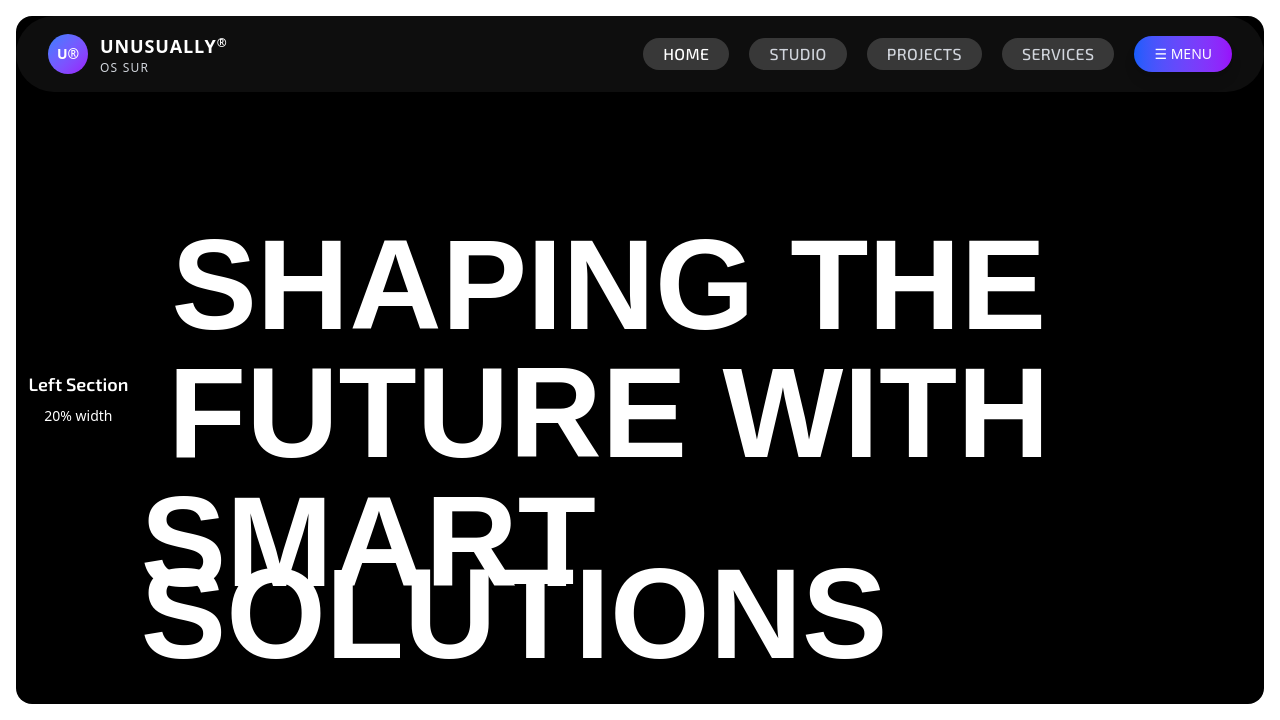
Repository: A-y-u-s-h-29/Digital-Express-India-With-Carrer-Page-And-RazorPay
Page: / (app in op/)
These files come from the project's save history. The page is drawn as it stood at one moment and after the next save; the edit follows.
The browser window is 1280 px wide. The pictures show the whole page.
Some web fonts or font styles are not loaded; a fallback is used. The project was rebuilt for these pictures with package versions that can differ from the ones it lists, and the page was loaded fresh each time. Also part of the build but not shown: op/vite.config.js.

Above is the page before, as saved 2025-12-04 14:59:08.

### op/index.html
<!doctype html>
<html lang="en">
  <head>
    <meta charset="UTF-8" />
    <link rel="icon" type="image/svg+xml" href="/vite.svg" />
    <meta name="viewport" content="width=device-width, initial-scale=1.0" />
    <link rel="preconnect" href="https://fonts.googleapis.com">
<link rel="preconnect" href="https://fonts.gstatic.com" crossorigin>
<link href="https://fonts.googleapis.com/css2?family=Alan+Sans:wght@300..900&family=Big+Shoulders:opsz,wght@10..72,100..900&family=Exo+2:ital,wght@0,100..900;1,100..900&family=Montserrat:ital,wght@0,100..900;1,100..900&family=Orbitron:wght@400..900&family=Poppins:ital,wght@0,100;0,200;0,300;0,400;0,500;0,600;0,700;0,800;0,900;1,100;1,200;1,300;1,400;1,500;1,600;1,700;1,800;1,900&family=Rajdhani:wght@300;400;500;600;700&display=swap" rel="stylesheet">
<link rel="preconnect" href="https://fonts.googleapis.com">
<link rel="preconnect" href="https://fonts.gstatic.com" crossorigin>
<link href="https://fonts.googleapis.com/css2?family=Alan+Sans:wght@300..900&family=Big+Shoulders:opsz,wght@10..72,100..900&family=Exo+2:ital,wght@0,100..900;1,100..900&family=Montserrat:ital,wght@0,100..900;1,100..900&family=Orbitron:wght@400..900&family=Poppins:ital,wght@0,100;0,200;0,300;0,400;0,500;0,600;0,700;0,800;0,900;1,100;1,200;1,300;1,400;1,500;1,600;1,700;1,800;1,900&family=Rajdhani:wght@300;400;500;600;700&display=swap" rel="stylesheet">
    <title>op</title>
  </head>
  <body>
    <div id="root"></div>
    <script type="module" src="/src/main.jsx"></script>
  </body>
</html>

### op/src/index.css
@import "tailwindcss";
*{
  box-sizing: border-box;
}
.big {
  font-family: "Big Shoulders", sans-serif;

  font-style: normal;
}
.exo {
  font-family: "Exo 2", sans-serif;

  font-style: normal;
}

### op/src/App.jsx
import React from 'react'
import Home from './components/Home'

function App() {
  return (
   <>
   <Home/>


   </>
  )
}

export default App

### op/src/components/Home.jsx
import React from "react";
import Navbar from "./Navbar";

function Home() {


  return (
    <div className="w-full max-h-screen lg:h-[120vh]  lg:py-4 lg:px-4 ">
      <div
        className="rounded-b-4xl lg:rounded-2xl w-full h-full  flex flex-col relative overflow-hidden bg-black"

      >


        {/* Transparent Navbar */}
        <div className="relative z-20">
          <Navbar />
        </div>

        {/* Three Column Layout */}
        <div className="flex flex-1 relative z-10 text-white ">
          {/* Left Column - 20% width */}
          <div className="w-[10%] flex items-center justify-center">
            <div className="text-white text-center">
              <p className="exo font-semibold text-lg">Left Section</p>
              <p className="text-sm mt-2">20% width</p>
            </div>
          </div>

          {/* Middle Column - 60% width */}
         <div className="w-[75%] flex flex-col justify-center items-center big">
  <div className=" w-full h-full flex flex-col">

    {/* Top Row - 40% height */}
    <div className="h-[40%] flex items-end justify-center pb-4 ">
      <h1 className="text-5xl md:text-9xl leading-tight md:leading-[4.5rem]  font-bold text-white drop-shadow-2xl">
       SHAPING THE
      </h1>
    </div>

    {/* Middle Row - 30% height */}
    <div className="h-[25%] flex items-center justify-center ">
       <h1 className="text-5xl md:text-9xl leading-tight lg:leading-[4.5rem]  font-bold text-white drop-shadow-2xl">
    FUTURE WITH
      </h1>
    </div>

    {/* Bottom Row - 30% height */}
    <div className="h-[35%] flex items-start justify-center pt-4">
      <h1 className="text-5xl md:text-9xl leading-tight lg:leading-[4.5rem]  font-bold text-white drop-shadow-2xl">
      SMART SOLUTIONS
      </h1>
    </div>

  </div>
</div>
          {/* Right Column - 20% width */}

        </div>


      </div>
    </div>
  );
}

export default Home;

### op/src/components/Navbar.jsx
import React, { useState, useRef, useEffect } from 'react';
import { gsap } from 'gsap';

function Navbar({ isHomePage = false }) {
  const [isMenuOpen, setIsMenuOpen] = useState(false);
  const menuOverlayRef = useRef(null);
  const mobileMenuRef = useRef(null);

  // Menu items data for the menu overlay
  const menuOverlayItems = [
    { title: 'HOME', number: '01' },
    { title: 'ABOUT', number: '02' },
    { title: 'PROJECTS', number: '03' },
    { title: 'SERVICES', number: '04' },

  ];

  // Menu items for navbar links
  const navMenuItems = [
    { title: 'HOME', color: 'from-blue-500 to-cyan-400' },
    { title: 'STUDIO', color: 'from-purple-500 to-pink-500' },
    { title: 'PROJECTS', color: 'from-green-500 to-emerald-400' },
    { title: 'SERVICES', color: 'from-yellow-500 to-orange-500' },
    { title: 'ABOUT', color: 'from-red-500 to-rose-400' },
    { title: 'CONTACT', color: 'from-indigo-500 to-blue-400' },
  ];

  // Initialize menu as hidden
  useEffect(() => {
    if (menuOverlayRef.current) {
      menuOverlayRef.current.style.display = 'none';
    }
  }, []);

  const handleMenuClick = () => {
    const wasOpen = isMenuOpen;
    setIsMenuOpen(!wasOpen);

    if (!wasOpen) {
      // OPEN MENU ANIMATION - bottom-right से slide in
      if (menuOverlayRef.current) {
        menuOverlayRef.current.style.display = 'flex';

        // Get the menu container
        const menuContainer = menuOverlayRef.current.querySelector('.relative');

        if (menuContainer) {
          // Initial position - off screen bottom-right
          gsap.set(menuContainer, {
            x: '100%',
            y: '100%',
            opacity: 0,
            scale: 0.9,
            transformOrigin: 'bottom right'
          });

          // Animate to position
          gsap.to(menuContainer, {
            x: 0,
            y: 0,
            opacity: 1,
            scale: 1,
            duration: 0.8,
            ease: 'expo.out'
          });

          // Background fade in
          gsap.fromTo(menuOverlayRef.current,
            { opacity: 0 },
            { opacity: 1, duration: 0.4 }
          );

          // Menu items animation (from bottom)
          const menuItems = menuContainer.querySelectorAll('.menu-item');
          gsap.fromTo(menuItems,
            {
              opacity: 0,
              y: 40
            },
            {
              opacity: 1,
              y: 0,
              duration: 0.6,
              stagger: 0.1,
              delay: 0.3,
              ease: 'power3.out'
            }
          );

          // Close button animation
          const closeBtn = menuContainer.querySelector('.close-btn');
          if (closeBtn) {
            gsap.fromTo(closeBtn,
              { opacity: 0, rotation: -45 },
              { opacity: 1, rotation: 0, duration: 0.5, delay: 0.8 }
            );
          }
        }
      }

      // Mobile menu animation
      if (mobileMenuRef.current) {
        gsap.fromTo(
          mobileMenuRef.current,
          { height: 0, opacity: 0 },
          { height: 'auto', opacity: 1, duration: 0.4 }
        );
      }
    } else {
      // CLOSE MENU ANIMATION - bottom-right को slide out
      if (menuOverlayRef.current) {
        const menuContainer = menuOverlayRef.current.querySelector('.relative');

        if (menuContainer) {
          // Menu items exit
          const menuItems = menuContainer.querySelectorAll('.menu-item');
          gsap.to(menuItems,
            {
              opacity: 0,
              y: 20,
              duration: 0.3,
              stagger: 0.05,
              ease: 'power2.in'
            }
          );

          // Close button exit
          const closeBtn = menuContainer.querySelector('.close-btn');
          if (closeBtn) {
            gsap.to(closeBtn, {
              opacity: 0,
              rotation: 45,
              duration: 0.3
            });
          }

          // Menu container slide out to bottom-right
          gsap.to(menuContainer, {
            x: '100%',
            y: '100%',
            opacity: 0,
            scale: 0.9,
            duration: 0.6,
            ease: 'expo.in',
            onComplete: () => {
              if (menuOverlayRef.current) {
                menuOverlayRef.current.style.display = 'none';
              }
            }
          });

          // Background fade out
          gsap.to(menuOverlayRef.current, {
            opacity: 0,
            duration: 0.4
          });
        }
      }

      // Mobile menu exit animation
      if (mobileMenuRef.current) {
        gsap.to(mobileMenuRef.current, {
          height: 0,
          opacity: 0,
          duration: 0.3
        });
      }
    }
  };

  return (
    <>
      {/* Main Navbar */}
      <nav
        className={`w-full px-6 py-4 lg:px-8 lg:py-4 ${isHomePage ? 'bg-transparent' : 'bg-[#0E0E0E]'} rounded-full relative z-50`}
      >
        <div className="flex items-center justify-between">
          {/* Logo/Brand Section */}
          <div className="flex items-center">
            <div className="w-10 h-10 rounded-full bg-gradient-to-br from-blue-500 to-purple-600 flex items-center justify-center mr-3">
              <span className="text-white font-bold text-sm">U®</span>
            </div>
            <div className="flex flex-col">
              <span className="text-white font-bold text-lg tracking-wider">UNUSUALLY<sup className="text-xs">®</sup></span>
              <span className="text-gray-300 text-xs tracking-widest">OS SUR</span>
            </div>
          </div>

          <div className='flex items-center gap-5'>
            {/* Desktop Navigation Links */}
            <div className="hidden md:flex items-center space-x-5 exo text-md">
              {navMenuItems.slice(0, 4).map((item, index) => (
                <a
                  key={index}
                  href="#"
                  className={`text-gray-300 font-medium tracking-wide hover:text-white transition-colors duration-300 bg-[#383838] px-5 py-1 rounded-full ${item.title === 'HOME' ? 'text-white' : ''}`}
                >
                  {item.title}
                </a>
              ))}
            </div>

            {/* Menu Button */}
            <button
              onClick={handleMenuClick}
              className="px-5 py-2 bg-gradient-to-r from-blue-600 to-purple-600 text-white text-sm font-medium rounded-full hover:from-blue-700 hover:to-purple-700 transition-all duration-300 shadow-lg hover:shadow-xl relative z-50"
            >
              {isMenuOpen ? '✕ CLOSE' : '☰ MENU'}
            </button>

            {/* Mobile Menu Button (Hamburger) */}
            <button
              onClick={handleMenuClick}
              className="ml-4 md:hidden relative z-50"
            >
              <div className={`w-6 h-0.5 bg-white mb-1.5 transition-all duration-300 ${isMenuOpen ? 'rotate-45 translate-y-2' : ''}`}></div>
              <div className={`w-6 h-0.5 bg-white mb-1.5 transition-all duration-300 ${isMenuOpen ? 'opacity-0' : ''}`}></div>
              <div className={`w-6 h-0.5 bg-white transition-all duration-300 ${isMenuOpen ? '-rotate-45 -translate-y-2' : ''}`}></div>
            </button>
          </div>
        </div>

        {/* Mobile Menu Dropdown */}
        <div
          ref={mobileMenuRef}
          className="md:hidden mt-4 pt-4 border-t border-gray-800 overflow-hidden"
          style={{ height: '0px' }}
        >
          <div className="flex flex-col space-y-4">
            {navMenuItems.map((item, index) => (
              <a
                key={index}
                href="#"
                className={`text-gray-300 font-medium py-2 hover:text-white transition-colors ${item.title === 'HOME' ? 'text-white' : ''}`}
              >
                {item.title}
              </a>
            ))}
          </div>
        </div>
      </nav>

      {/* Fullscreen Menu Overlay */}
      <div
        ref={menuOverlayRef}
        className="fixed inset-0  z-40 hidden items-end justify-end px-4 rounded-2xl "
      >
        {/* Menu Container - Image के according simple design */}
        <div
          className="relative h-[70vh] w-[45vw] bg-white  rounded-4xl overflow-hidden shadow-2xl transform-gpu "
          style={{
            transformOrigin: 'bottom right'
          }}
        >
          {/* Simple Header with Brand */}
          <div className="absolute top-8 left-8">
            <div className="flex items-center space-x-3">

              <div>

              </div>
            </div>
          </div>



          {/* Main Content Area - Center aligned like image */}
          <div className="h-full flex flex-col justify-center items-center px-12 ">
            {/* Menu Items - Single Column, Large text like image */}
            <div className="w-full  space-y-2">
              {menuOverlayItems.map((item, index) => (
                <a
                  key={index}
                  href="#"
                  className="menu-item group relative block w-full"
                >
                  <div className="flex items-center justify-between">
                    {/* Title - Left side */}
                    <div className="relative overflow-hidden p-0.5">
                      <h3 className="text-black font-extrabold text-5xl lg:text-7xl  exo tracking-tight opacity-90 group-hover:opacity-100 transition-all duration-500">
                        {item.title}
                      </h3>
                      {/* Underline animation */}

                    </div>

                    {/* Number in parentheses - Right side */}
                    <div className="text-gray-500 text-3xl lg:text-4xl font-light group-hover:text-white transition-colors duration-500">
                      ({item.number})
                    </div>
                  </div>
                </a>
              ))}
            </div>


          </div>


        </div>
      </div>
    </>
  );
}

export default Navbar;

Loaded but not shown: op/src/main.jsx (common file)

After the next save:
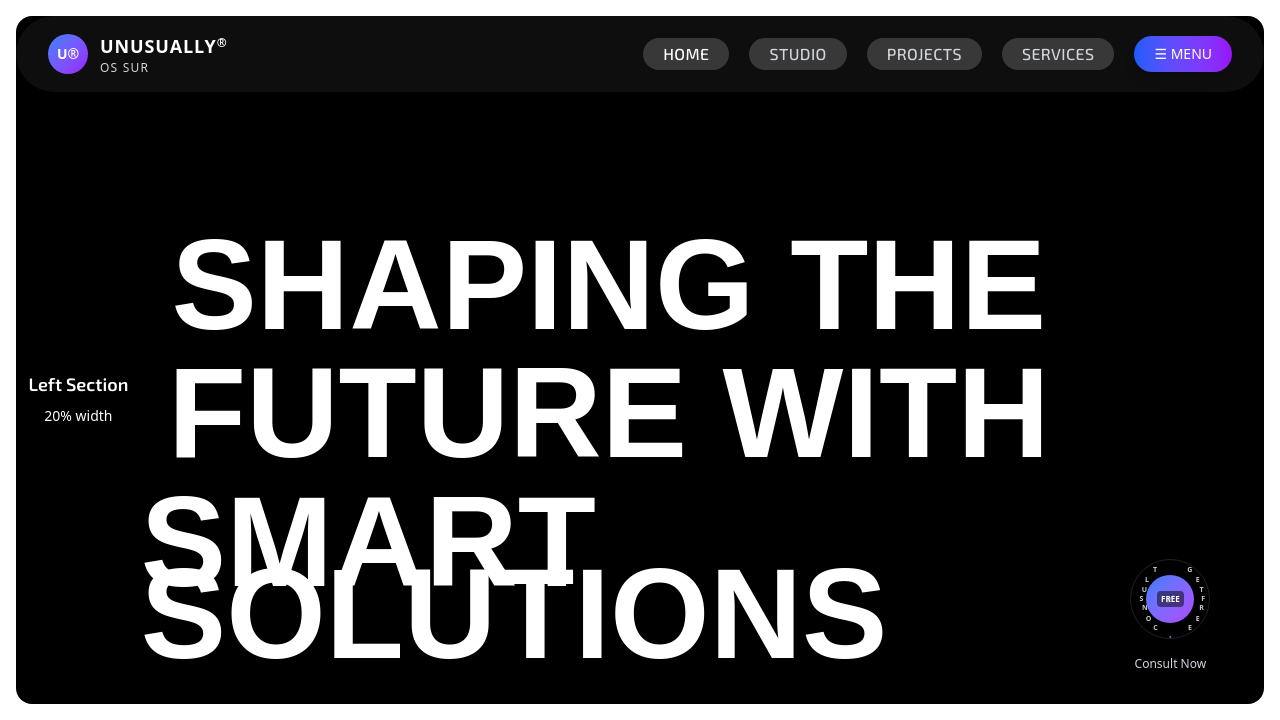
Saved 32 s later.
--- a/op/src/components/Home.jsx
+++ b/op/src/components/Home.jsx
@@ -55,7 +55,53 @@
   </div>
 </div>
           {/* Right Column - 20% width */}
+         <div className="w-[15%] flex items-end justify-center pb-8">
+  <div className="relative">
+    {/* Simple Circular Text Rotate Button */}
+    <button className="group w-20 h-20 rounded-full border border-gray-600/40 overflow-hidden relative hover:border-blue-500/50 transition-all duration-300 hover:scale-110">
 
+      {/* Rotating Text Ring - "GET FREE CONSULTATION" */}
+      <div className="absolute inset-0 animate-spin-slow opacity-80">
+        <div className="relative w-full h-full">
+          {/* Circularly arranged text for "GET FREE CONSULTATION" */}
+          <span className="absolute top-0 left-1/2 transform -translate-x-1/2 -translate-y-1/2 text-blue-400 text-[7px] font-bold">•</span>
+          <span className="absolute top-1/8 left-3/4 transform -translate-x-1/2 -translate-y-1/2 text-white text-[7px] font-bold">G</span>
+          <span className="absolute top-1/4 left-[85%] transform -translate-x-1/2 -translate-y-1/2 text-white text-[7px] font-bold">E</span>
+          <span className="absolute top-[38%] left-[90%] transform -translate-x-1/2 -translate-y-1/2 text-white text-[7px] font-bold">T</span>
+          <span className="absolute top-1/2 left-[92%] transform -translate-x-1/2 -translate-y-1/2 text-white text-[7px] font-bold">F</span>
+          <span className="absolute top-[62%] left-[90%] transform -translate-x-1/2 -translate-y-1/2 text-white text-[7px] font-bold">R</span>
+          <span className="absolute top-3/4 left-[85%] transform -translate-x-1/2 -translate-y-1/2 text-white text-[7px] font-bold">E</span>
+          <span className="absolute top-[87%] left-3/4 transform -translate-x-1/2 -translate-y-1/2 text-white text-[7px] font-bold">E</span>
+          <span className="absolute bottom-0 left-1/2 transform -translate-x-1/2 translate-y-1/2 text-blue-400 text-[7px] font-bold">•</span>
+          <span className="absolute top-[87%] left-1/4 transform translate-x-1/2 -translate-y-1/2 text-white text-[7px] font-bold">C</span>
+          <span className="absolute top-3/4 left-[15%] transform translate-x-1/2 -translate-y-1/2 text-white text-[7px] font-bold">O</span>
+          <span className="absolute top-[62%] left-[10%] transform translate-x-1/2 -translate-y-1/2 text-white text-[7px] font-bold">N</span>
+          <span className="absolute top-1/2 left-[8%] transform translate-x-1/2 -translate-y-1/2 text-white text-[7px] font-bold">S</span>
+          <span className="absolute top-[38%] left-[10%] transform translate-x-1/2 -translate-y-1/2 text-white text-[7px] font-bold">U</span>
+          <span className="absolute top-1/4 left-[15%] transform translate-x-1/2 -translate-y-1/2 text-white text-[7px] font-bold">L</span>
+          <span className="absolute top-1/8 left-1/4 transform translate-x-1/2 -translate-y-1/2 text-white text-[7px] font-bold">T</span>
+        </div>
+      </div>
+
+      {/* Center Icon */}
+      <div className="absolute inset-0 flex items-center justify-center">
+        <div className="w-12 h-12 rounded-full bg-gradient-to-br from-blue-500 to-purple-500 flex items-center justify-center group-hover:from-blue-600 group-hover:to-purple-600 transition-all duration-300">
+          <span className="text-white text-sm">✓</span>
+        </div>
+      </div>
+
+      {/* Center Text */}
+      <div className="absolute inset-0 flex items-center justify-center">
+        <span className="text-white text-[8px] font-bold bg-black/50 px-1 py-0.5 rounded">FREE</span>
+      </div>
+    </button>
+
+    {/* Label Below */}
+    <div className="text-center mt-3">
+      <p className="text-gray-300 text-xs font-medium">Consult Now</p>
+    </div>
+  </div>
+</div>
         </div>
 
 

After the save that followed:
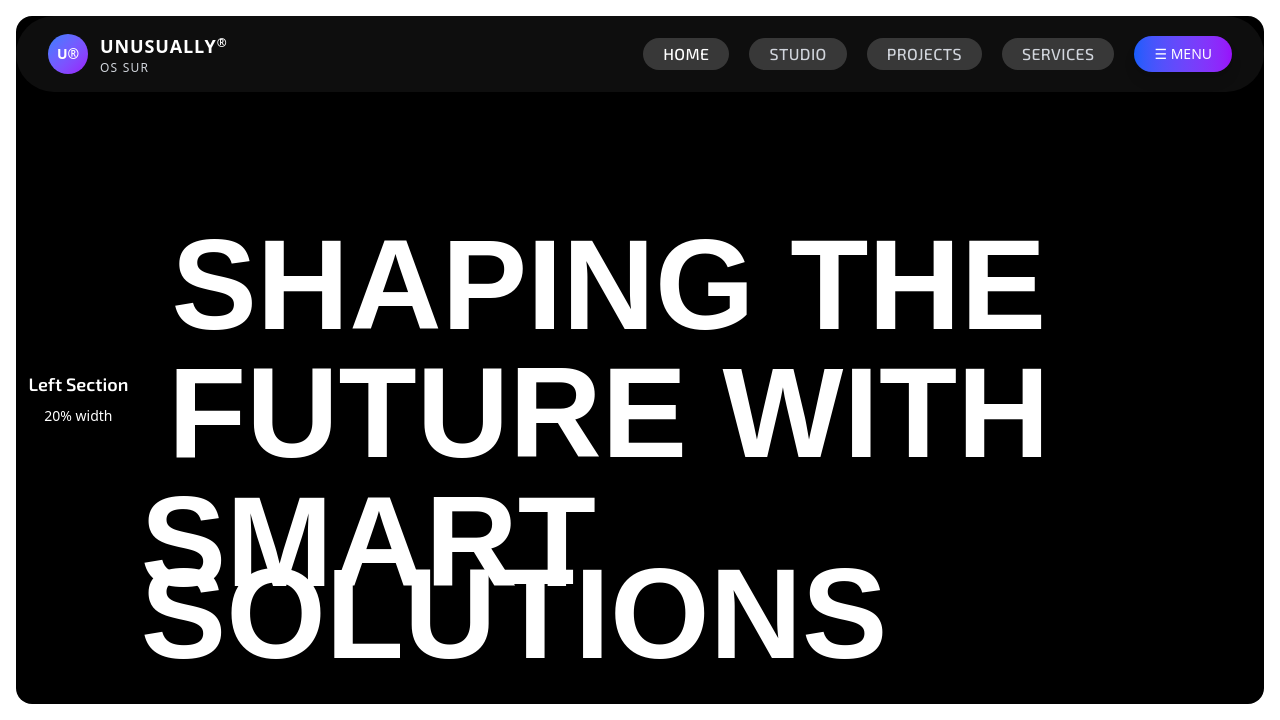
Saved 9 s later.
--- a/op/src/components/Home.jsx
+++ b/op/src/components/Home.jsx
@@ -55,53 +55,7 @@
   </div>
 </div>
           {/* Right Column - 20% width */}
-         <div className="w-[15%] flex items-end justify-center pb-8">
-  <div className="relative">
-    {/* Simple Circular Text Rotate Button */}
-    <button className="group w-20 h-20 rounded-full border border-gray-600/40 overflow-hidden relative hover:border-blue-500/50 transition-all duration-300 hover:scale-110">
 
-      {/* Rotating Text Ring - "GET FREE CONSULTATION" */}
-      <div className="absolute inset-0 animate-spin-slow opacity-80">
-        <div className="relative w-full h-full">
-          {/* Circularly arranged text for "GET FREE CONSULTATION" */}
-          <span className="absolute top-0 left-1/2 transform -translate-x-1/2 -translate-y-1/2 text-blue-400 text-[7px] font-bold">•</span>
-          <span className="absolute top-1/8 left-3/4 transform -translate-x-1/2 -translate-y-1/2 text-white text-[7px] font-bold">G</span>
-          <span className="absolute top-1/4 left-[85%] transform -translate-x-1/2 -translate-y-1/2 text-white text-[7px] font-bold">E</span>
-          <span className="absolute top-[38%] left-[90%] transform -translate-x-1/2 -translate-y-1/2 text-white text-[7px] font-bold">T</span>
-          <span className="absolute top-1/2 left-[92%] transform -translate-x-1/2 -translate-y-1/2 text-white text-[7px] font-bold">F</span>
-          <span className="absolute top-[62%] left-[90%] transform -translate-x-1/2 -translate-y-1/2 text-white text-[7px] font-bold">R</span>
-          <span className="absolute top-3/4 left-[85%] transform -translate-x-1/2 -translate-y-1/2 text-white text-[7px] font-bold">E</span>
-          <span className="absolute top-[87%] left-3/4 transform -translate-x-1/2 -translate-y-1/2 text-white text-[7px] font-bold">E</span>
-          <span className="absolute bottom-0 left-1/2 transform -translate-x-1/2 translate-y-1/2 text-blue-400 text-[7px] font-bold">•</span>
-          <span className="absolute top-[87%] left-1/4 transform translate-x-1/2 -translate-y-1/2 text-white text-[7px] font-bold">C</span>
-          <span className="absolute top-3/4 left-[15%] transform translate-x-1/2 -translate-y-1/2 text-white text-[7px] font-bold">O</span>
-          <span className="absolute top-[62%] left-[10%] transform translate-x-1/2 -translate-y-1/2 text-white text-[7px] font-bold">N</span>
-          <span className="absolute top-1/2 left-[8%] transform translate-x-1/2 -translate-y-1/2 text-white text-[7px] font-bold">S</span>
-          <span className="absolute top-[38%] left-[10%] transform translate-x-1/2 -translate-y-1/2 text-white text-[7px] font-bold">U</span>
-          <span className="absolute top-1/4 left-[15%] transform translate-x-1/2 -translate-y-1/2 text-white text-[7px] font-bold">L</span>
-          <span className="absolute top-1/8 left-1/4 transform translate-x-1/2 -translate-y-1/2 text-white text-[7px] font-bold">T</span>
-        </div>
-      </div>
-
-      {/* Center Icon */}
-      <div className="absolute inset-0 flex items-center justify-center">
-        <div className="w-12 h-12 rounded-full bg-gradient-to-br from-blue-500 to-purple-500 flex items-center justify-center group-hover:from-blue-600 group-hover:to-purple-600 transition-all duration-300">
-          <span className="text-white text-sm">✓</span>
-        </div>
-      </div>
-
-      {/* Center Text */}
-      <div className="absolute inset-0 flex items-center justify-center">
-        <span className="text-white text-[8px] font-bold bg-black/50 px-1 py-0.5 rounded">FREE</span>
-      </div>
-    </button>
-
-    {/* Label Below */}
-    <div className="text-center mt-3">
-      <p className="text-gray-300 text-xs font-medium">Consult Now</p>
-    </div>
-  </div>
-</div>
         </div>
 
 
